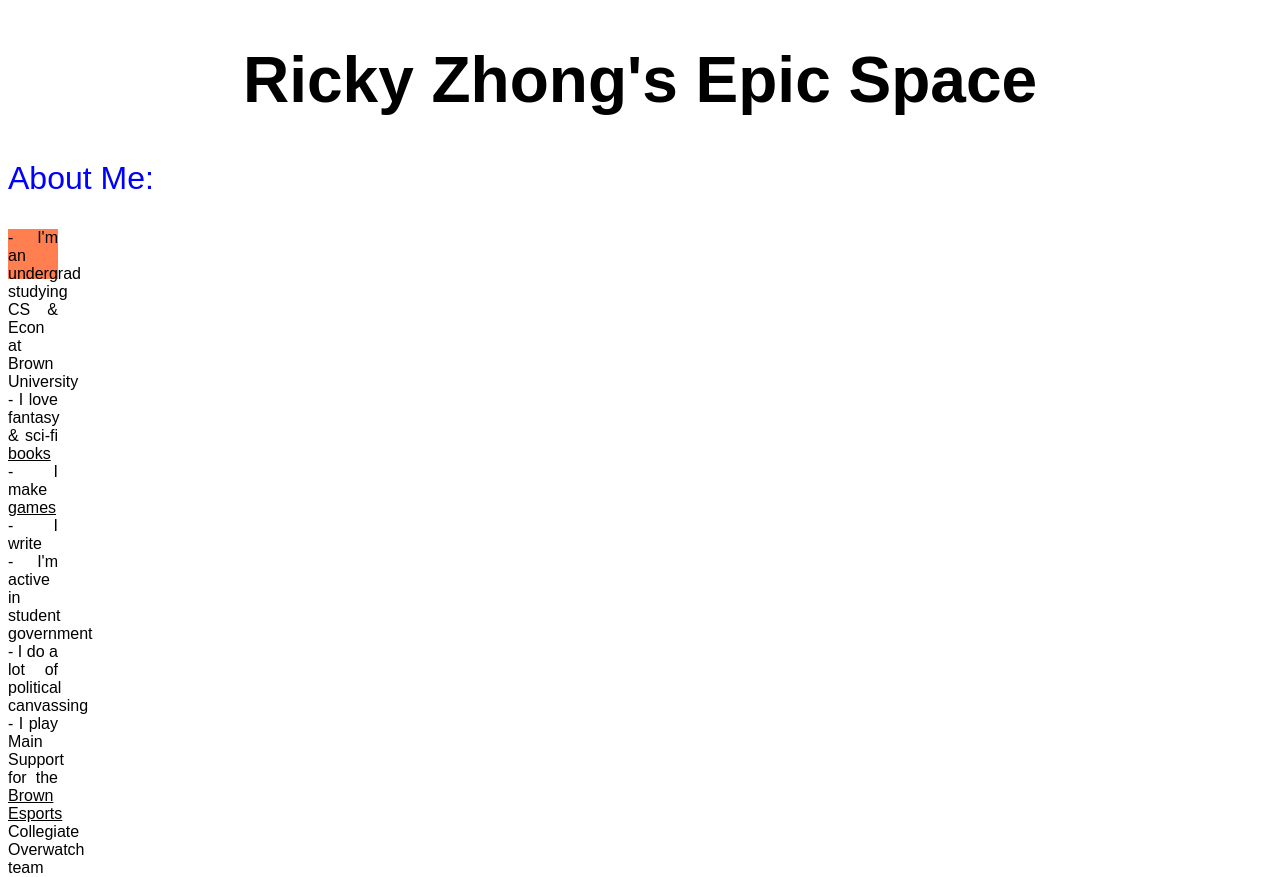
Repository: rickydaricky/rickydaricky.github.io
Page: index.html
An editor plug-in stored every save of this project. The page is shown before and after the next save, followed by the edit.
The browser window is 1280 px wide. The pictures show the whole page.

Above is the page before, as saved 2021-11-26 02:45:31.

### index.html
<!DOCTYPE html>

<head>
  <meta charset="UTF-8" />
  <meta name="viewport" content="width=device-width, initial-scale=1.0" />
  <link rel="stylesheet" href="main.css" type="text/css" />
  <title>Homepage</title>
</head>

<html>
  <body>
    <h1 class="title">Ricky Zhong's Epic Space</h1>
    <p class="about">About Me:</p>
    <div class="square">
      <p>
        - I'm an undergrad studying CS & Econ at Brown University
        <br />
        - I love fantasy & sci-fi
        <a href="https://goodreads.com/rickydaricky">books</a>
        <br />
        - I make
        <a href="https://rickydaricky.itch.io/">games</a>
        <br />
        - I write
        <br />
        - I'm active in student government
        <br />
        - I do a lot of political canvassing
        <br />
        - I play Main Support for the
        <a href="https://brownesports.org/">Brown Esports</a>
        Collegiate Overwatch team
      </p>
    </div>
  </body>
</html>

### main.css
p {
  text-align: justify;
  font-size: 200%;
}

html * {
  font-size: 16px;
  color: black;
  font-family: Nunito, sans-serif;
}

.about {
  font-size: 200%;
  color: blue;
}

.title {
  text-align: center;
  font-size: 400%;
}

.square {
  height: 50px;
  width: 50px;
  background-color: coral;
}

After the next save:
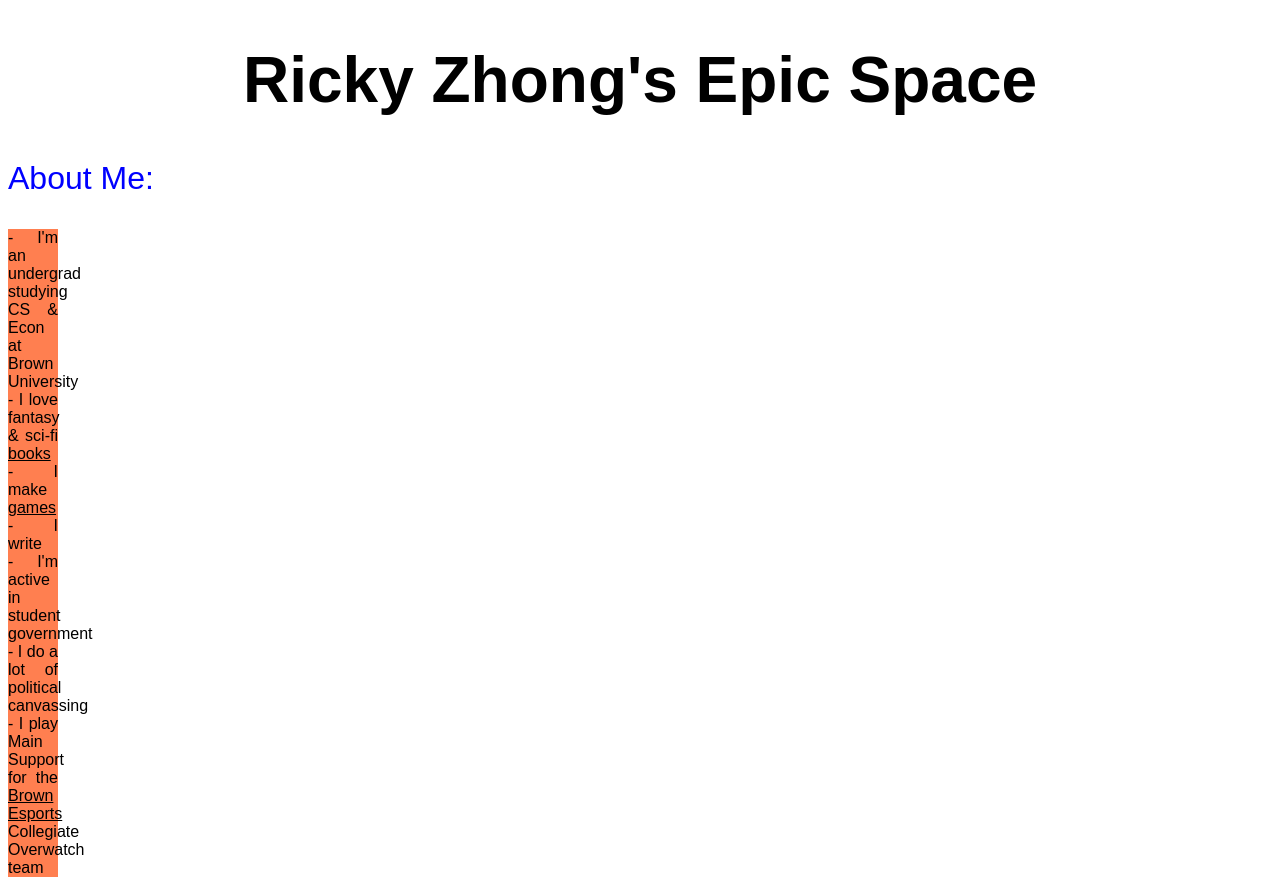
Saved 3 min 41 s later.
--- a/main.css
+++ b/main.css
@@ -20,7 +20,6 @@ html * {
 }
 
 .square {
-  height: 50px;
   width: 50px;
   background-color: coral;
 }
